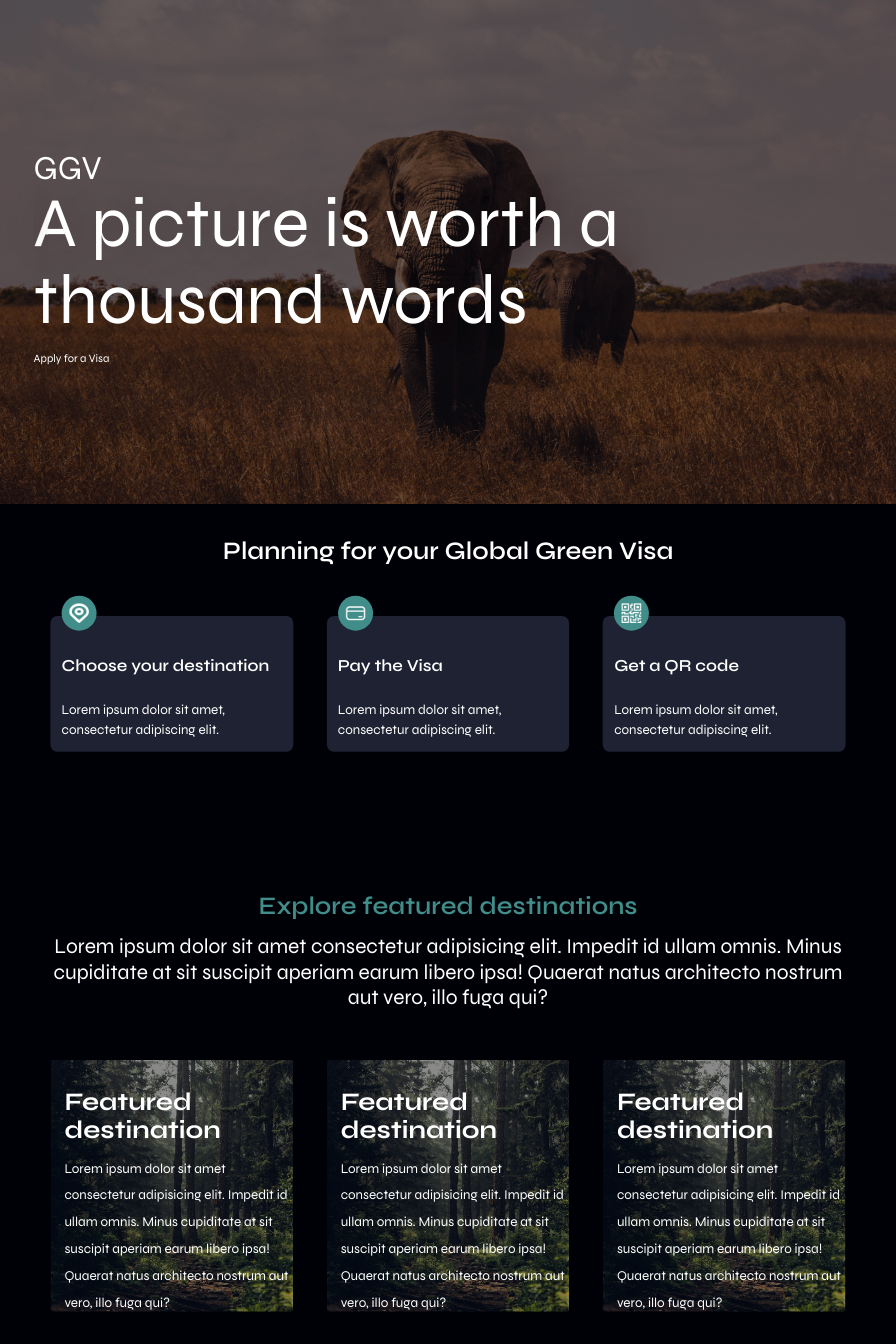
Repository: EngrAhmadUmar/landing-page
Page: /main
These files come from the project's save history. The page is drawn as it stood at one moment and after the next save; the edit follows.
The browser window is 1280 px wide. The pictures show the part of the page from y = 0 to 1920 px (the page is 2716 px tall), at 70% of full size.
The page's requests for data from a server got no answer. The project was rebuilt for these pictures with package versions that can differ from the ones it lists, and the page was loaded fresh each time. The framework's server and built-in components were replaced by stand-ins that run in the browser. No one was signed in, and anything a server would have sent is missing. Also part of the build but not shown: next.config.js, src/Components/MainPageComponents/AreasOfConservation.jsx.

Above is the page before, as saved 2022-06-29 13:37:04.

### pages/_app.js
import "../styles/globals.css";
import { ApolloClient, InMemoryCache, ApolloProvider } from "@apollo/client";

//apollo clients
const client = new ApolloClient({
  uri: "http://localhost:1337/graphql",
  cache: new InMemoryCache()
});

function MyApp({ Component, pageProps }) {
  return (
    <ApolloProvider client={client}>
      <Component {...pageProps} />
    </ApolloProvider>
  );
}

export default MyApp;

### pages/main.js
import React from "react";
import { gql, ApolloClient, InMemoryCache } from "@apollo/client";
import {
  HeroSection,
  PlanningVisa,
  FeaturedDestination,
  AreasOfConservation,
  Footer
} from "../src/Components/MainPageComponents";

export default function main({ areas }) {
  return (
    <React.Fragment>
      <div className="bg-[#000107] font-syne">
        <HeroSection />
        <PlanningVisa />
        <FeaturedDestination />
        {/* <AreasOfConservation areas={areas} /> */}

        <Footer />
      </div>
    </React.Fragment>
  );
}

// export async function getServerSideProps() {
//   const client = new ApolloClient({
//     uri: "http://localhost:1337/graphql",
//     cache: new InMemoryCache()
//   });

//   const { data } = await client.query({
//     query: gql`
//       query GetInvestmentAreas {
//         conservationAreas {
//           data {
//             id
//             attributes {
//               title
//               short_description
//             }
//           }
//         }
//       }
//     `
//   });

//   console.log("data", data);
//   return {
//     props: {
//       areas: data.conservationAreas.data
//     }
//   };
// }

### styles/globals.css
@import url("https://fonts.googleapis.com/css2?family=Poppins:wght@400;500;600&family=Syne:wght@400;500;600;700&display=swap");

@tailwind base;
@tailwind components;
@tailwind utilities;

### src/Components/MainPageComponents/index.jsx
export { default as HeroSection } from "./HeroSection";
export { default as PlanningVisa } from "./PlanningVisa";
export { default as FeaturedDestination } from "./FeaturedDestinations";
export { default as AreasOfConservation } from "./AreasOfConservation";
export { default as Footer } from "./Footer";

### src/Components/MainPageComponents/HeroSection.jsx
import Image from "next/image";
import Link from "next/link";
import styles from "../../../styles/Home.module.css";
import Head from "next/head";

const HeroSection = () => {
  return (
    <div className="text-white h-[100vh] relative">
      <Head>
        <title>Welcome to GGV</title>
        <meta name="description" content="Welcome to GGV" />
      </Head>
      <div className="absolute h-[100vh] w-[100vw] -z-1 overflow-hidden">
        <Image
          src="/hero.jpg"
          layout="fill"
          objectFit="cover"
          quality={80}
          alt="hero"
          style={{ opacity: 0.4 }}
        />
      </div>
      <div className="absolute ml-[3rem] mt-[30vh] ">
        <h3 className="text-5xl">GGV</h3>
        <div className={styles.homeDiv}>
          <h1 data-text="A picture is worth a" className={styles.heroText}>
            <span data-text="thousand words" className={styles.heroSpan}>
              A picture is worth a <br />
              thousand words
            </span>
          </h1>
        </div>
        {/* <h3 className="text-3xl mt-3">Your gateway to environmental tourism</h3> */}
        <Link href="#">
          <button className="mt-4">Apply for a Visa</button>
        </Link>
      </div>
    </div>
  );
};

export default HeroSection;

### src/Components/MainPageComponents/PlanningVisa.jsx
import React from "react";
import styles from "../../../styles/Home.module.css";
import VisaDesc from "./VisaDesc";
const PlanningVisa = () => {
  return (
    <div className="font-syne flex justify-center text-white">
      <div className="mt-[3rem] max-w-[90vw]">
        <div className="">
          <h3
            className={`${
              styles.headings
            }  ${"text-center text-3xl md:text-4xl  font-semibold"}`}
          >
            Planning for your Global Green Visa
          </h3>
        </div>
        <div className=" mt-16 grid grid-cols-1 p-2 gap-12 md:grid-cols-3">
          <VisaDesc
            title="Choose your destination"
            description="Lorem ipsum dolor sit amet, consectetur adipiscing elit."
            icon="/icons/location_icon.png"
          />
          <VisaDesc
            title="Pay the Visa"
            description="Lorem ipsum dolor sit amet, consectetur adipiscing elit."
            icon="/icons/pay_icon.png"
          />
          <VisaDesc
            title="Get a QR code"
            description="Lorem ipsum dolor sit amet, consectetur adipiscing elit."
            icon="/icons/bi_qr-code.png"
          />
        </div>

        <p className="text-center mt-8 px-4 leading-loose text-[1.3rem] md:text-[1.5rem] lg:text-[2rem] lg:px-[4rem]"></p>
      </div>
    </div>
  );
};

export default PlanningVisa;

### src/Components/MainPageComponents/FeaturedDestinations.jsx
import React from "react";
import DestinationCard from "./DestinationCard";
import Link from "next/link";
import { useQuery, gql } from "@apollo/client";

const featuredDestinations = gql`
  query GetfeaturedDestinations {
    futureDestinations {
      data {
        id
        attributes {
          title
          short_description
        }
      }
    }
  }
`;

// componentDidMount, ComponentDidUpdate, ComponentDIdRemove

const FeaturedDestinations = () => {
  try {
    const { loading, error, data } = useQuery(featuredDestinations);
    if (loading) return <p>Loading...</p>;
    if (error) {
      console.log("couldn't fetch");
      console.log(error);
    } else {
      destinations = data.futureDestinations.data;
    }
  } catch (error) {
    console.log("couldn't fetch");
    console.log(error);
  }

  return (
    <div className="bg-[#000107] font-syne flex justify-center text-center text-white mt-[2rem]">
      <div className="mt-[1rem] max-w-[90vw]">
        <div className="">
          <h3 className="text-3xl lg:text-4xl mt-[7rem] text-[#418D89] font-semibold">
            Explore featured destinations
          </h3>
        </div>
        <p className="mt-5 leading-loose text-lg lg:text-2xl xl:text-3xl ">
          Lorem ipsum dolor sit amet consectetur adipisicing elit. Impedit id
          ullam omnis. Minus cupiditate at sit suscipit aperiam earum libero
          ipsa! Quaerat natus architecto nostrum aut vero, illo fuga qui?
        </p>

        <div className="grid grid-cols-1 p-2 gap-12 mt-[4rem] md:grid-cols-2 lg:grid-cols-3 ">
          {destinations.map((destination) => {
            return (
              <DestinationCard
                title={destination.title}
                short_description={destination.short_description}
              />
            );
          })}
        </div>
        {/* We will uncomment this one just a litle bit later when we have the content for that page */}

        {/* <button className="bg-[#418d89] py-2 rounded-lg mt-8 mb-3">
          <Link href="#">
            <a className="px-8 py-1 text-lg md:text-2xl">see more</a>
          </Link>
        </button> */}
      </div>
    </div>
  );
};

let destinations = [
  {
    title: "Featured destination",
    short_description:
      "Lorem ipsum dolor sit amet consectetur adipisicing elit. Impedit id ullam omnis. Minus cupiditate at sit suscipit aperiam earum libero ipsa! Quaerat natus architecto nostrum aut vero, illo fuga qui?"
  },
  {
    title: "Featured destination",
    short_description:
      "Lorem ipsum dolor sit amet consectetur adipisicing elit. Impedit id ullam omnis. Minus cupiditate at sit suscipit aperiam earum libero ipsa! Quaerat natus architecto nostrum aut vero, illo fuga qui?"
  },
  {
    title: "Featured destination",
    short_description:
      "Lorem ipsum dolor sit amet consectetur adipisicing elit. Impedit id ullam omnis. Minus cupiditate at sit suscipit aperiam earum libero ipsa! Quaerat natus architecto nostrum aut vero, illo fuga qui?"
  },
  {
    title: "Featured destination",
    short_description:
      "Lorem ipsum dolor sit amet consectetur adipisicing elit. Impedit id ullam omnis. Minus cupiditate at sit suscipit aperiam earum libero ipsa! Quaerat natus architecto nostrum aut vero, illo fuga qui?"
  }
];

export default FeaturedDestinations;

### src/Components/MainPageComponents/Footer.jsx
import React from "react";
import Head from "next/head";
import Image from "next/image";
import Instagram from "../../../public/instagram.png";
import Twitter from "../../../public/twitter.png";
import LinkedIn from "../../../public/linkedin.png";

const Footer = () => {
  return (
    <div className="bg-[#000107] text-center font-syne mt-[5rem] flex flex-col justify-center items-center text-white">
      <Head>
        <title>Stay In Touch</title>
        <meta
          name="keywords"
          content="social media, stay in touch, reach out, ggv, global green visa"
        />
      </Head>
      <div className="top-[20%] px-8">
        <h1 className="text-[#418D89] font-semibold text-[33px] md:text-[2.4rem] ">
          Stay in touch
        </h1>
        <p className="font-normal text-[1.5rem] mt-5 md:text-[1.8rem] ">
          Keep in touch with us on our social media pages
        </p>
      </div>

      <div className="flex justify-between gap-6 mt-[5rem]">
        <Image src={Instagram} alt="Instagram" width={46} height={46} />
        <Image src={Twitter} alt="Instagram" width={46} height={46} />
        <Image src={LinkedIn} alt="Instagram" width={46} height={46} />
      </div>
      <div className=" font-semibold flex justify-center items-center gap-5 mt-[3rem] mb-6">
        <div className="text-md border-white border-solid border-2 rounded-full w-5 h-5 flex justify-center items-center">
          C
        </div>
        <div className="text-xs md:text-lg">All rights reserved 2022 GGV</div>
      </div>
    </div>
  );
};

export default Footer;

### styles/Home.module.css
.header {
  position: relative;
  font-size: clamp(3.8rem, -0.875rem + 8.333vw, 3.5rem);
}

/* .headerContainer {
  max-width: 300px;
} */

.header::before {
  content: "";
  position: absolute;
  background: #418d89;
  width: 100px;
  height: 6px;
  border-radius: 40px;
  font-family: "Syne";
}

.heroDiv {
  display: flex;
  justify-content: center;
  align-items: center;
  width: 100vw;
  height: 100vh;
  margin: 0 auto;
  background-color: hsla(0, 0%, 0%, 0.4);
}

.heroDiv:before,
.heroDiv:after {
  box-sizing: border-box;
  -webkit-tap-highlight-color: rgba(0, 0, 0, 0);
  -webkit-font-smoothing: antialiased;
  -moz-osx-font-smoothing: grayscale;
}

.heroText {
  display: inline-flex;
  position: relative;
  font-family: "Syne";
  font-weight: 400;
  font-size: 7.8vw;
  line-height: 1.1;
  margin: 0;
  padding: 0;
  /* // text-align: center; */
  text-shadow: 0 0 60px rgba(0, 0, 0, 0.2);
}

.heroText:after {
  position: absolute;
  top: 0;
  bottom: -10px;
  left: 0;
  display: inline-block;
  overflow: hidden;
  width: 0%;
  white-space: pre;
  content: attr(data-text);
  -webkit-text-fill-color: transparent;

  -webkit-text-stroke: 1px hsla(0, 0%, 100%, 0.7);
  will-change: width;

  animation: grow 7s cubic-bezier(0.86, 0, 0.07, 1) 0.4s infinite alternate both;
}

.textSpan {
  display: inline-block;
  -webkit-text-stroke: 1px rgba(255, 255, 255, 0.2);
  -webkit-text-fill-color: transparent;
  margin: 0;
  padding: 0;
  position: relative;
}

.textSpan:after {
  position: absolute;
  bottom: 0;

  left: 0;
  display: inline-block;
  overflow: hidden;
  width: 0%;
  white-space: pre;
  content: attr(data-text);

  -webkit-text-stroke: rgba(255, 255, 255, 0);
  will-change: width;

  animation: grow 7s cubic-bezier(0.86, 0, 0.07, 1) 2.15s infinite alternate
    both;

  background: linear-gradient(
    to bottom,
    rgba(255, 255, 255, 0.85) 0%,
    rgba(254, 254, 254, 0.65) 100%
  );
  -webkit-background-clip: text;
  -webkit-text-fill-color: transparent;
}

@keyframes grow {
  0%,
  10%,
  90%,
  100% {
    width: 0%;
  }
  50% {
    width: 100%;
  }
}

### src/Components/MainPageComponents/VisaDesc.jsx
import React from "react";

const VisaDesc = ({ icon, title, description }) => {
  return (
    <section className=" py-4 px-4 bg-[#1F2232] rounded-[10px] ">
      <div className="rounded-[50%] bg-[#418d89] w-[50px] h-[50px] my-[-45px] absolute z-10 flex justify-center align-center">
        <img src={icon} alt="" width={28} className="my-auto" />
      </div>
      <h5 className="mt-10 mb-8 text-2xl font-semibold">{title}</h5>
      <p className="text-[1rem] md:text-[1rem] lg:text-[1.2rem]">
        {description}
      </p>
    </section>
  );
};

export default VisaDesc;

// this is the component which accepts the icon, title and the desc as props
/* Pay the Visa */

### src/Components/MainPageComponents/DestinationCard.jsx
import React from "react";
import Image from "next/image";
import destinationPic from "../../../public/sample-pic.jpeg";

const DestinationCard = ({ title, short_description }) => {
  return (
    <div className="relative h-[50vh] w-full ">
      <Image
        className="rounded opacity-60"
        layout="fill"
        objectFit="cover"
        src={destinationPic}
      />
      <div className="text-left absolute top-10 left-5">
        <h3 className="text-2xl font-bold xl:text-4xl">{title}</h3>
        <p className="mt-4 leading-loose text-[1rem] lg:text-[1.2rem]">
          {short_description}
        </p>
      </div>
    </div>
  );
};

export default DestinationCard;

// this is the card which accepts the destination title etc as props and will be reused later in FeaturedDestination component

### tailwind.config.js
/** @type {import('tailwindcss').Config} */
module.exports = {
  content: [
    "./pages/**/*.{js,ts,jsx,tsx}",
    "./components/**/*.{js,ts,jsx,tsx}",
    "./src/Components/**/*.{js,ts,jsx,tsx}"
  ],
  theme: {
    extend: {
      colors: {
        black: "#000107"
      },
      fontFamily: {
        syne: ["Syne"]
      }
    }
  },
  plugins: []
};

After the next save:
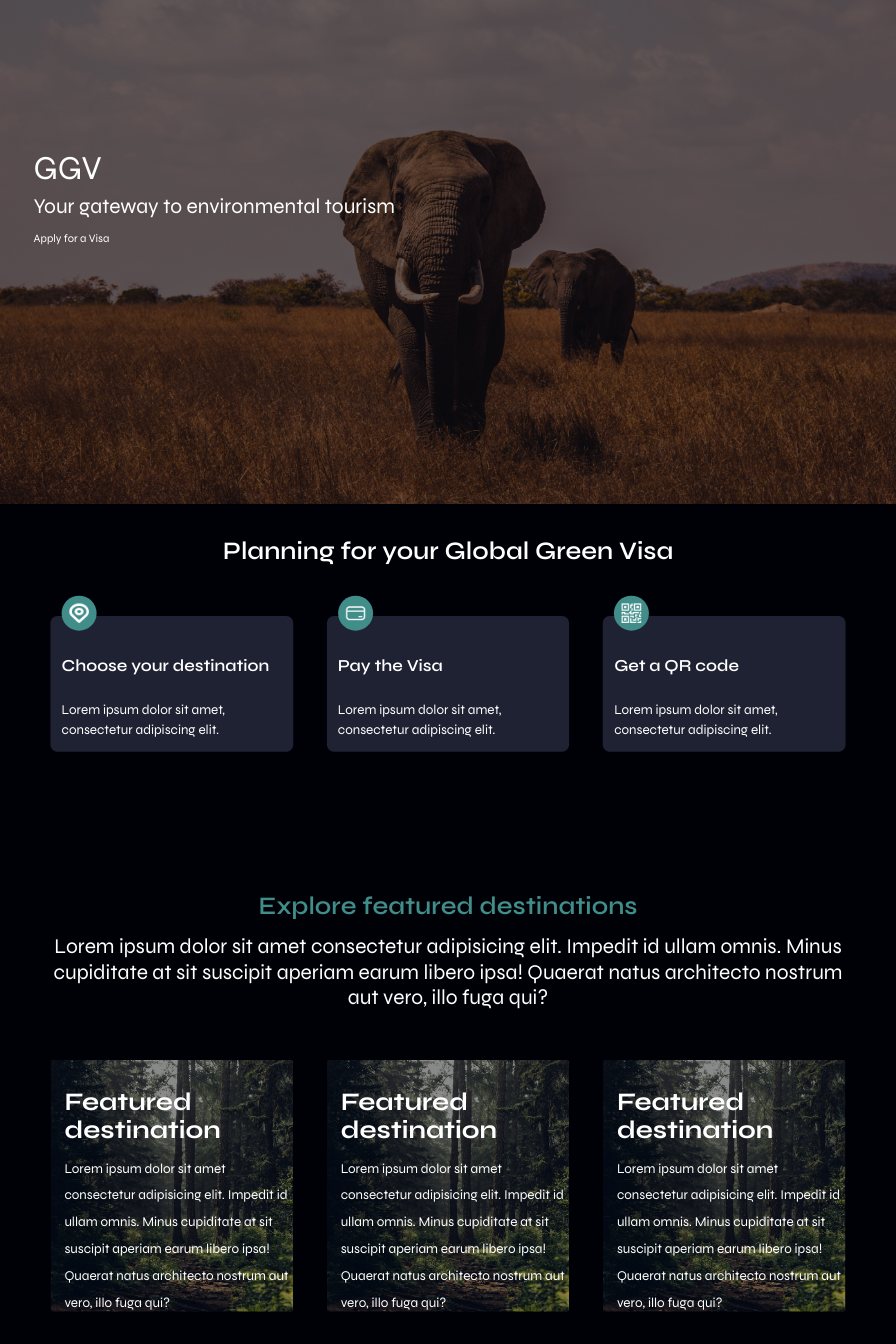
Saved 2 min 5 s later.
--- a/src/Components/MainPageComponents/HeroSection.jsx
+++ b/src/Components/MainPageComponents/HeroSection.jsx
@@ -22,15 +22,8 @@
       </div>
       <div className="absolute ml-[3rem] mt-[30vh] ">
         <h3 className="text-5xl">GGV</h3>
-        <div className={styles.homeDiv}>
-          <h1 data-text="A picture is worth a" className={styles.heroText}>
-            <span data-text="thousand words" className={styles.heroSpan}>
-              A picture is worth a <br />
-              thousand words
-            </span>
-          </h1>
-        </div>
-        {/* <h3 className="text-3xl mt-3">Your gateway to environmental tourism</h3> */}
+
+        <h3 className="text-3xl mt-3">Your gateway to environmental tourism</h3>
         <Link href="#">
           <button className="mt-4">Apply for a Visa</button>
         </Link>
